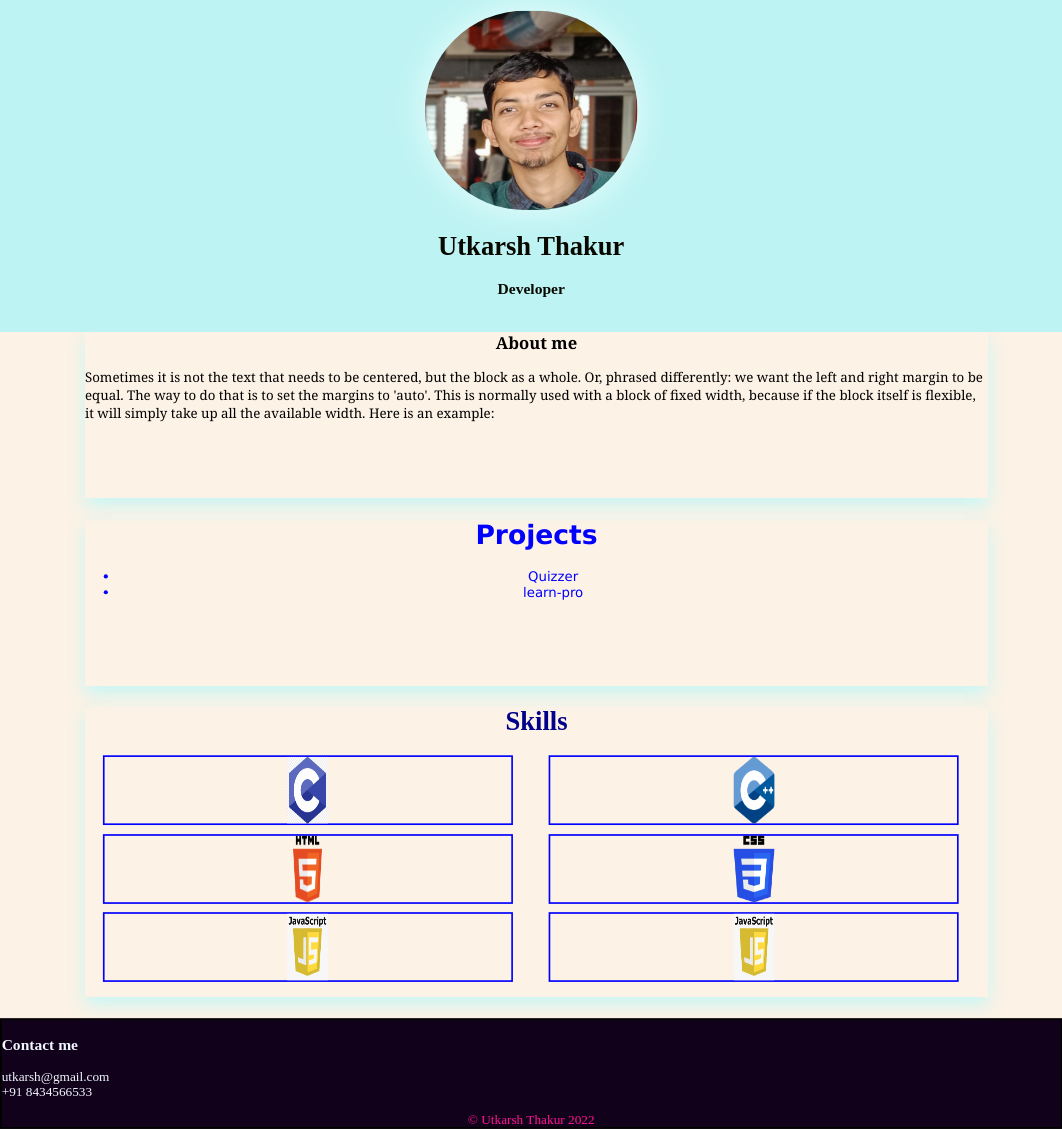
Repository: UtkarshThakur321/Utkarsh-Thakur-Profile
Page: index.html
The author's editor kept a copy of each file at every save. The page is drawn from the files as they stood at one save, then again after the next save.
The browser window is 1280 px wide. The pictures show the whole page, at 83% of full size.

Above is the page before, as saved 2022-01-23 00:11:44.
Not found: main.js

### index.html
<!DOCTYPE html>
<html>
<head>
    <meta charset='utf-8'>
    <meta http-equiv='X-UA-Compatible' content='IE=edge'>
    <title>Page Title</title>
    <meta name='viewport' content='width=device-width, initial-scale=1'>
    <link rel='stylesheet' type='text/css' media='screen' href="index.css">
    <script src='main.js'></script>
</head>
<body>
    <div id="main">
    <!-- <div id="nav">
        <h1>My Resume</h1>
    </div> -->
    <center>
        <div id="intro">
            <div id="profileImage">
                 <img src="./Utkarsh_dp.jpg" alt="DP_Utkarsh__Thakur"
                 width="180" height="170">
            </div>
            <div id="profileName">
                <h1>Utkarsh Thakur</h1>
                <h3>Developer</h3>
            </div>

            <div>


             </div>
        </div>
    </center>



  <div id="aboutMe">
    <div id="aboutMeHeading">
        About me
    </div>
    <div id="aboutMeContent">
        <p>
            Sometimes it is not the text that needs to be centered, but the block as a whole. Or, phrased differently: we want the left and right margin to be equal. The way to do that is to set the margins to 'auto'. This is normally used with a block of fixed width, because if the block itself is flexible, it will simply take up all the available width. Here is an example:
        </p>
    </div>
  </div>



<div id="projects">
    <h1>Projects</h1>
    <ul>
        <li>Quizzer</li>
        <li>learn-pro</li>
    </ul>
</div>



    <div id="skills">
        <h1>Skills</h1>
        <div class="skillsContent">
            <img src="c_programming.png" alt="c_programming">
        </div>
        <div class="skillsContent">
            <img src="./c++_programming.png" alt="c++_programming">
        </div>
        <div class="skillsContent">
            <img src="./html.png" alt="html">
        </div>
        <div class="skillsContent">
            <img src="./CSS3.png" alt="css3">
        </div>
        <div class="skillsContent">
            <img src="./js.png" alt="js">
        </div>
        <div class="skillsContent">
            <img src="./js.png" alt="js">
        </div>

    </div>

    <div id="footer">
        <div id="footerContent">
            <h3>Contact me</h3>
        <p>
            utkarsh@gmail.com<br>
            +91 8434566533

        </p>
            <div id="copyright">
         &copy; Utkarsh Thakur 2022
            </div>
        </div>
        </div>

    </div>



</body>
</html>

### index.css
body{
    width:100%;
    margin:0px;
    background-color: rgb(252, 242, 230);

}


#intro{
    /* background-image:url("./bg.jpg"); */
    background-color: rgb(190, 243, 243);
    height: 400px;
}


#profileImage>img{
    margin-top: 1%;
    height:240px;
    width:20%;
    border-radius: 130px;
    box-shadow: 0px 0px 40px rgb(235, 253, 253);
}
#profileName{
    color:rgb(8, 8, 0);
    font-family: cursive;
}

#aboutMe{
    width:85%;
    height:200px;
    /* border:2px solid green; */
    margin-left:8%;
    box-shadow: 0px 10px 20px rgba(195, 247, 247, 0.911);
    margin-bottom: 2%;
}


#aboutMeHeading{
    text-align:center;
    font-family: Georgia, 'Times New Roman', Times, serif;
    font-size:20px;
    font-weight: bold;
}
#aboutMeContent{

    font-family: Georgia, 'Times New Roman', Times, serif;
    font-size:16px;

}

#projects{
    width:85%;
        height:200px;
        /* border:2px solid green; */
        margin-left:8%;
        box-shadow: 0px 10px 20px rgba(195, 247, 247, 0.911);
    font-family: Verdana, Geneva, Tahoma, sans-serif;
    color:blue;
    text-align: center;
    margin-bottom: 2%;

}



#skills{
        width:85%;
        height:350px;
        /* border:2px solid green; */
        margin-left:8%;
        box-shadow: 0px 10px 20px rgba(195, 247, 247, 0.911);
        margin-bottom: 2%;

}

#skills{
    color:darkblue;
    font-weight: 400;
    text-align: center;

}
.skillsContent{
    height:80px;
    margin:0% 2% 1%;
    width:45%;
    float:left;


    border:2px solid blue;

}
.skillsContent>img{
    height:80px;
    width:10%;
}

hr{
    margin:0px;
}

#nav{
    height:50px;
    display:content;
    text-align: center;
    font-weight: 900;
    color:black;}
    /* text-align: center;
    font-family: Verdana, Geneva, Tahoma, sans-serif;
} */



.img{
    height:10px;
    width:10%;
}

#footer{
    background-color: rgb(18, 1, 26);
}
#footerContent{
    border:2px solid black;
    color:aliceblue;

}

/* #footer{
    text-align: center;
} */
#copyright{
    text-align: center;
    color:deeppink
}

After the next save:
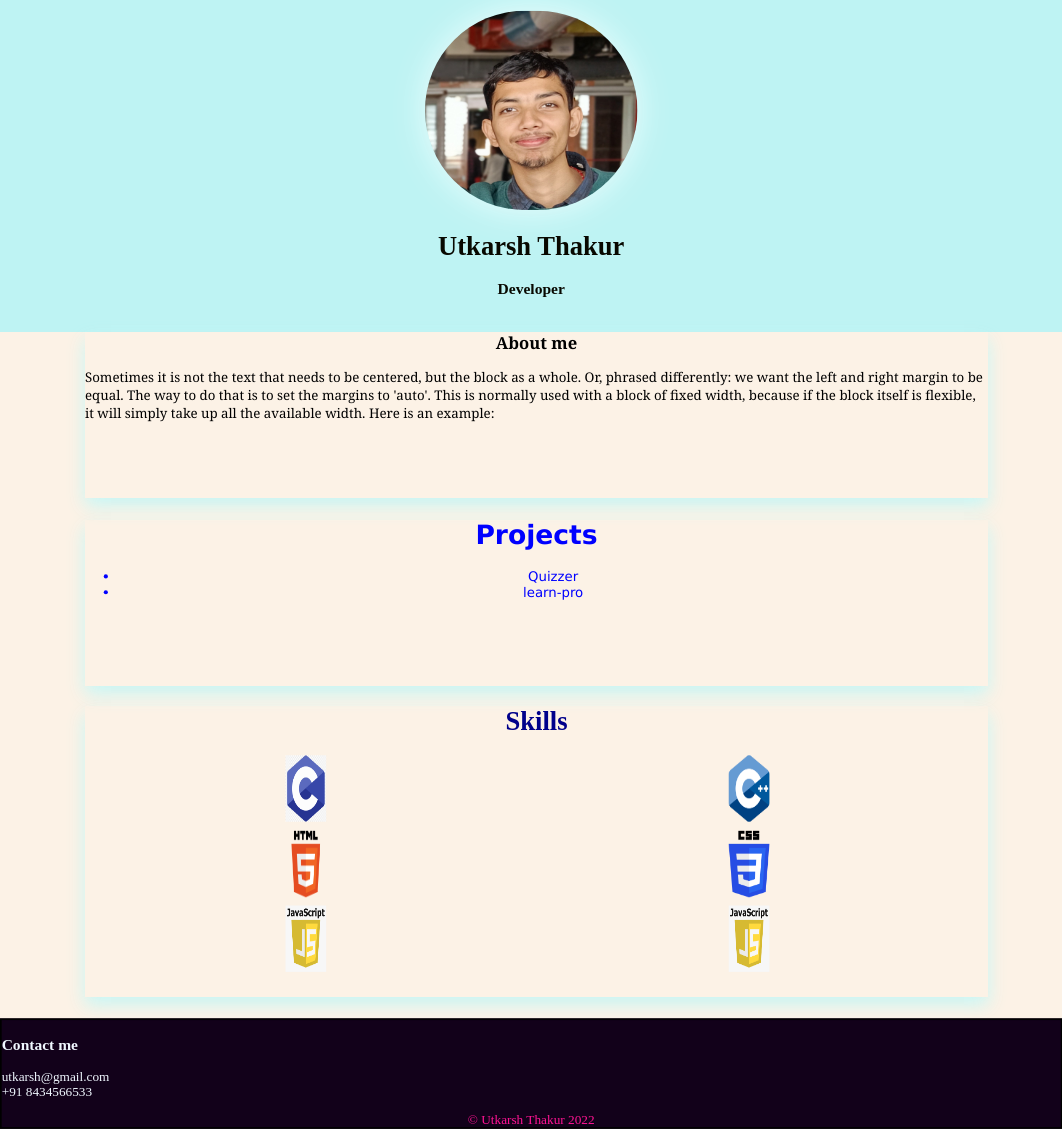
Saved 49 s later.
--- a/index.css
+++ b/index.css
@@ -84,19 +84,14 @@ body{
     margin:0% 2% 1%;
     width:45%;
     float:left;
-
-
-    border:2px solid blue;
-
+    /* border:2px solid blue; */
 }
 .skillsContent>img{
     height:80px;
     width:10%;
 }
 
-hr{
-    margin:0px;
-}
+
 
 #nav{
     height:50px;
